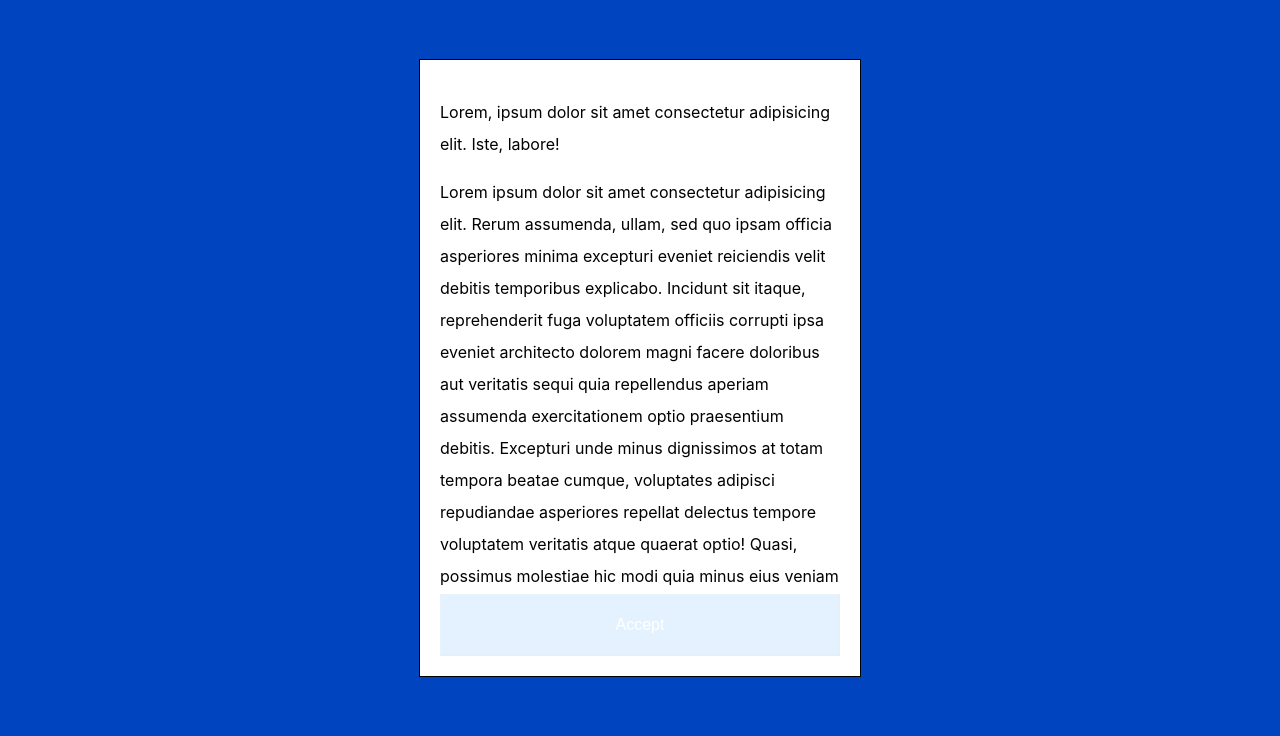
Repository: spidero7/Scroll-To-Accept-Terms
Page: index.html
These files come from the project's save history. The page is drawn as it stood at one moment and after the next save; the edit follows.
The browser window is 1280 px wide. The pictures show the whole page.

Above is the page before, as saved 2021-09-17 07:01:05.

### index.html
<html>
<html lang="en">

<head>
  <meta charset="UTF-8">
  <meta name="viewport" content="width=device-width, initial-scale=1.0">
  <title>Scroll Events</title>
  <link rel="stylesheet" href="style.css">
</head>

<body>

  <div class="wrapper">
    <div class="terms-and-conditions">
      <p>Lorem, ipsum dolor sit amet consectetur adipisicing elit. Iste, labore!</p>
      <p>Lorem ipsum dolor sit amet consectetur adipisicing elit. Rerum assumenda, ullam, sed quo ipsam officia
        asperiores minima excepturi eveniet reiciendis velit debitis temporibus explicabo. Incidunt sit itaque,
        reprehenderit fuga voluptatem officiis corrupti ipsa eveniet architecto dolorem magni facere doloribus aut
        veritatis sequi quia repellendus aperiam assumenda exercitationem optio praesentium debitis. Excepturi unde
        minus dignissimos at totam tempora beatae cumque, voluptates adipisci repudiandae asperiores repellat delectus
        tempore voluptatem veritatis atque quaerat optio! Quasi, possimus molestiae hic modi quia minus eius veniam
        aperiam assumenda fugiat fugit optio odio quas esse quam architecto officiis sunt quis cupiditate vel
        voluptate
        consequuntur nam porro harum. Fuga distinctio voluptate provident molestias perspiciatis fugit esse corrupti
        adipisci quas eos dolor non cum ipsam repudiandae dolorem, quasi necessitatibus iusto unde similique
        repellendus praesentium tenetur? Obcaecati aliquam nostrum vero expedita fuga, quae et quaerat modi error
        adipisci eligendi fugit alias quia nihil laudantium quam tenetur ipsam explicabo nisi natus, rerum omnis,
        debitis provident! Dolorum sequi recusandae, necessitatibus eos nesciunt cupiditate accusantium illum unde
        minima. Labore sit quos voluptatem illum qui. Veritatis quis a mollitia asperiores repudiandae consequatur
        assumenda, at tempora, modi voluptate sit blanditiis hic dignissimos harum consequuntur quia ipsam, architecto
        nesciunt. Praesentium, mollitia? Delectus quod laudantium doloremque nihil?</p>
      <strong class="watch">watch for me</strong>
      <p>Lorem, ipsum dolor sit amet consectetur adipisicing elit. Quos ab, ea inventore commodi eligendi error
        repellat impedit eum quod enim sequi, distinctio, qui eaque ipsam fugit asperiores eos laboriosam ex.</p>
      <p>Lorem ipsum, dolor sit amet consectetur adipisicing elit. Ipsa id debitis ex eligendi rem unde consequuntur
        natus omnis vel nulla sit commodi, quos distinctio doloremque doloribus veniam quis et dolore?</p>
      <p>Lorem ipsum dolor sit amet consectetur, adipisicing elit. Commodi laboriosam nulla est architecto eum,
        dolorem
        quam, unde quo fugit tempore ipsa qui provident, iste ratione quis dignissimos temporibus nostrum voluptatum
        molestias? Blanditiis repellendus sapiente inventore aliquam qui error aliquid doloremque fugit consequuntur
        laudantium. Sapiente doloribus ullam vel dicta doloremque iure, deleniti ipsum non. Rem repudiandae deleniti
        ad
        at laborum eaque, modi voluptas aut! Quam nihil deleniti velit excepturi, quidem, veniam aut doloremque iure
        reprehenderit natus vel quia iusto? Magni veritatis provident libero hic quisquam, perferendis officia quasi
        molestiae sit sunt fugiat, perspiciatis architecto velit unde molestias ratione totam, atque doloremque!</p>
        <hr>
    </div>
    <!--
      autocomplete="off" adresses an issue with firefox
      where the browser will persist dynamic disabled state
      on buttons across page loads.
      More info here (se 'disabled' under 'Attributes')
      https://developer.mozilla.org/en-US/docs/Web/HTML/Element/button
      This may or may not be desired in a real world scenario 🙃
    -->
    <button class="accept" disabled autocomplete="off">Accept</button>
  </div>

  <script src="app.js"></script>
</body>

</html>

### style.css
body {
    min-height: 100vh;
    display: grid;
    justify-content: center;
    align-content: center;
    font-family: -apple-system, BlinkMacSystemFont, 'Segoe UI', Roboto, Oxygen, Ubuntu, Cantarell, 'Open Sans', 'Helvetica Neue', sans-serif;
    line-height: 2;
    background: #0144c0;
  }

  .wrapper {
    width: 400px;
    height: 80vh;
    padding: 20px;
    border: 1px solid black;
    background: white;
    display: grid;
    grid-template-rows: 1fr auto;
  }

  button {
    background: #008cff;
    color: white;
    font-size: 1rem;
    padding: 20px;
    transition: all 0.2s;
  }

  button[disabled] {
    opacity: 0.1;
  }

  .terms-and-conditions {
    overflow: scroll;
  }

### app.js
const terms = document.querySelector('.terms-and-conditions');
const button = document.querySelector('.accept');

function obCallBack(payload) {
    if (payload[0].intersectionRatio === 1) {
        button.disable = false;
    };
}

const ob = new IntersectionObserver(obCallBack, {
    root: terms,
    threshold: 1,
});

ob.observe(terms.lastElementChild)

After the next save:
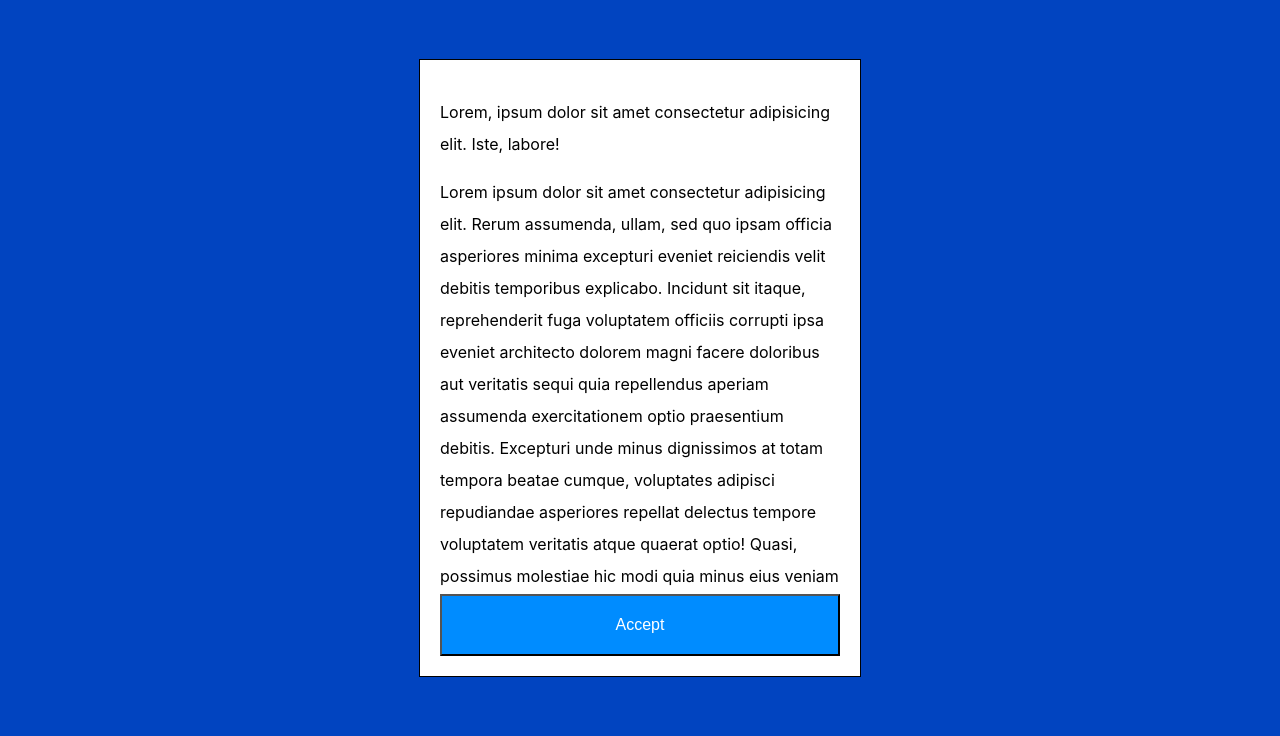
Saved 12 s later.
--- a/app.js
+++ b/app.js
@@ -3,7 +3,7 @@ const button = document.querySelector('.accept');
 
 function obCallBack(payload) {
     if (payload[0].intersectionRatio === 1) {
-        button.disable = false;
+        button.disabled = false;
     };
 }
 
